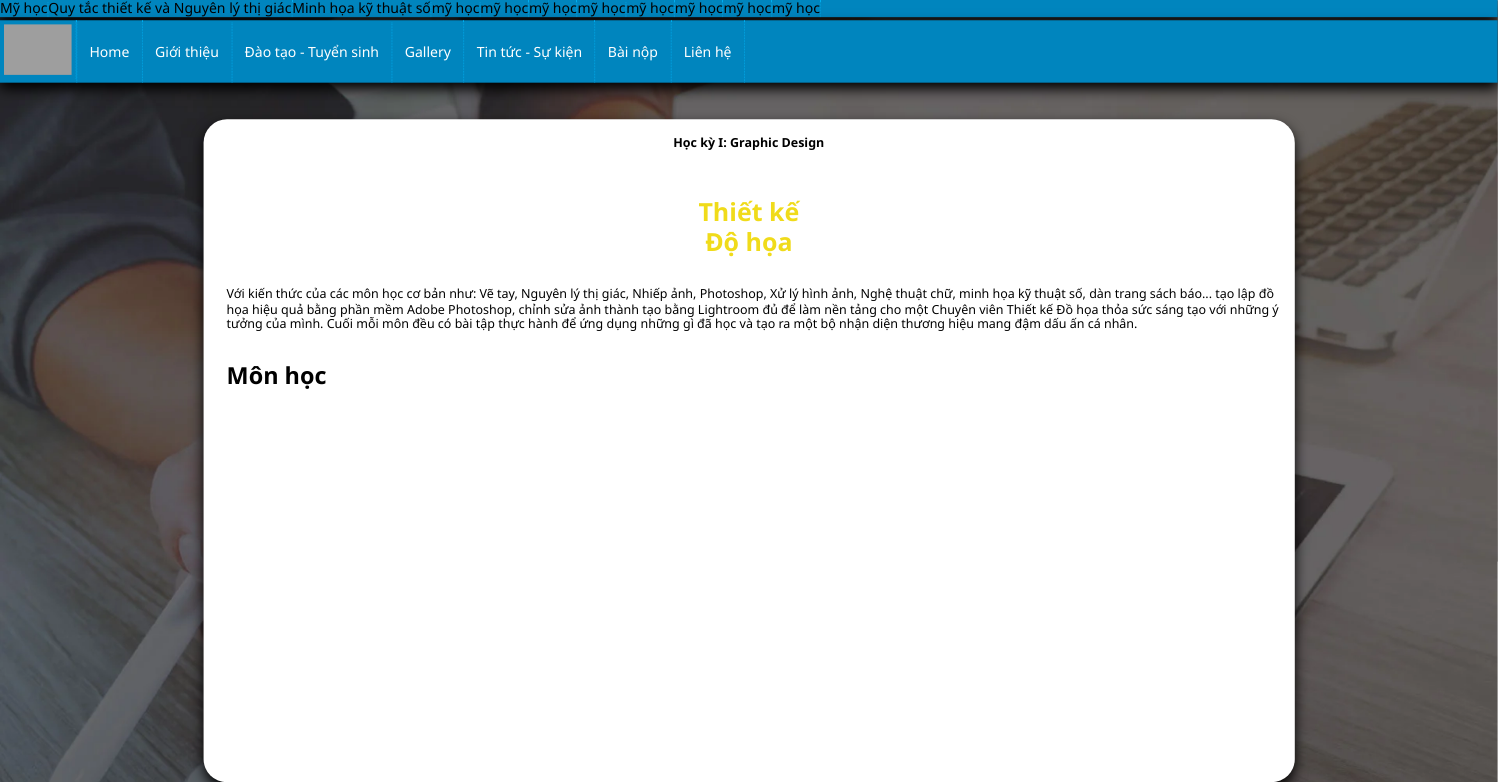
Repository: arena-dttan/dcw-final-exam-d2107m1
Page: final-list/DCW_Final_5_Nguyen-Thi-Thu-Huong_D2107M1/chuong-trinh-dao-tao.html
These files come from the project's save history. The page is drawn as it stood at one moment and after a run of saves; the edit follows.
The browser window is 1280 px wide. The page is 1920 px wide, so the pictures cover 1920 px, including what lies to the right of the window. The pictures show the whole page, at 78% of full size.
Pictures or frames that could not be fetched are drawn as grey boxes.

Above is the page before, as saved 2022-06-26 19:52:59.

After the next 2 saves:
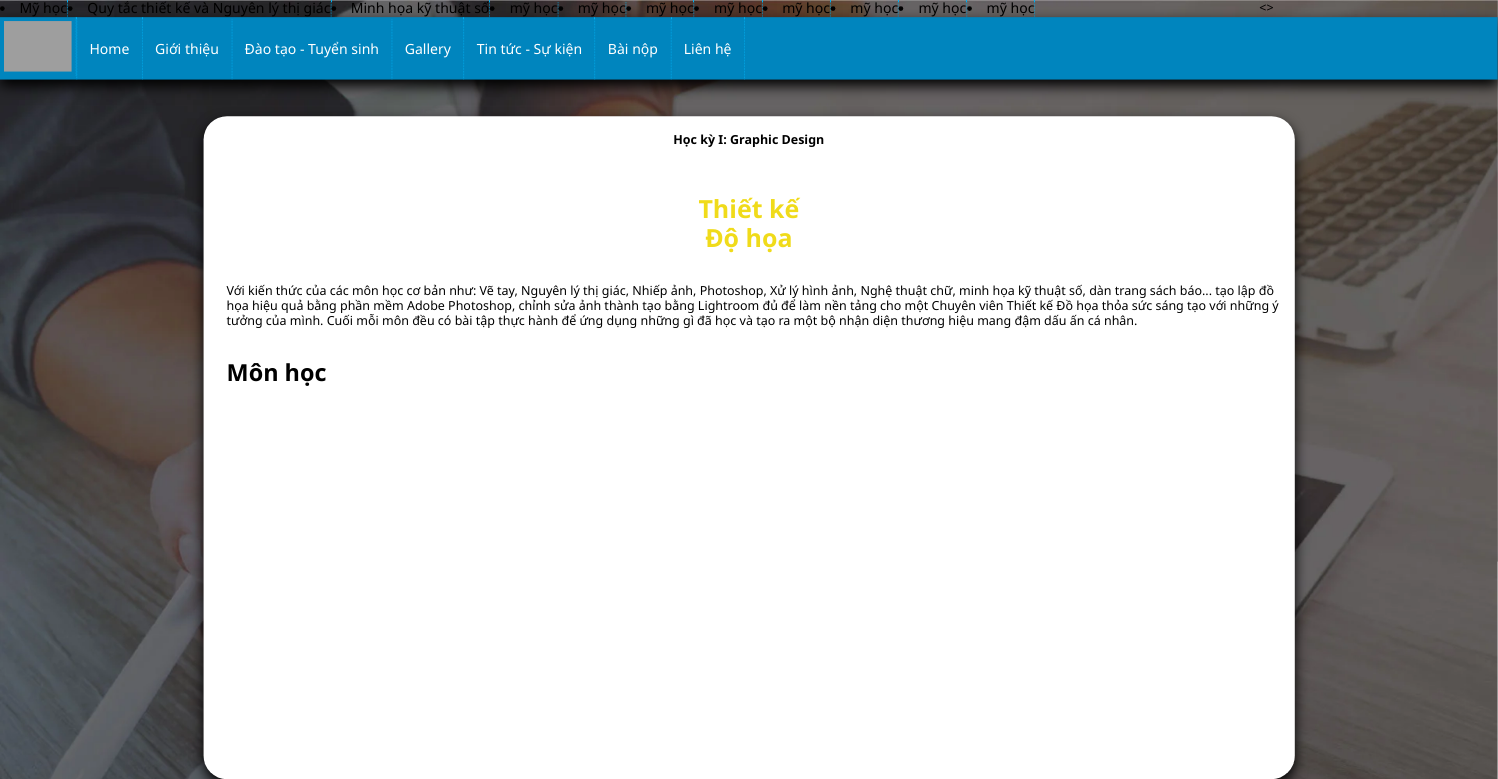
The 2 saves are shown as one change because they came seconds apart.
The last was saved 8 s later.
--- a/final-list/DCW_Final_5_Nguyen-Thi-Thu-Huong_D2107M1/chuong-trinh-dao-tao.html
+++ b/final-list/DCW_Final_5_Nguyen-Thi-Thu-Huong_D2107M1/chuong-trinh-dao-tao.html
@@ -31,7 +31,7 @@
 
 
     <div id="main-menu">
-        <ul>  <ul class="a b">
+        <>
             <li>Mỹ học</li>
             <li>Quy tắc thiết kế và Nguyên lý thị giác</li>
             <li>Minh họa kỹ thuật số</li>
@@ -43,7 +43,7 @@
             <li>mỹ học</li>
             <li>mỹ học</li>
             <li>mỹ học</li>
-           </ul></ul>
+           </ul>
         <ul class="menu">
             <li ><img style="height: 65px; margin: 5px;;" src="images/logo.webp" alt="logo"> </li>
             <li class="home">

After the save that followed:
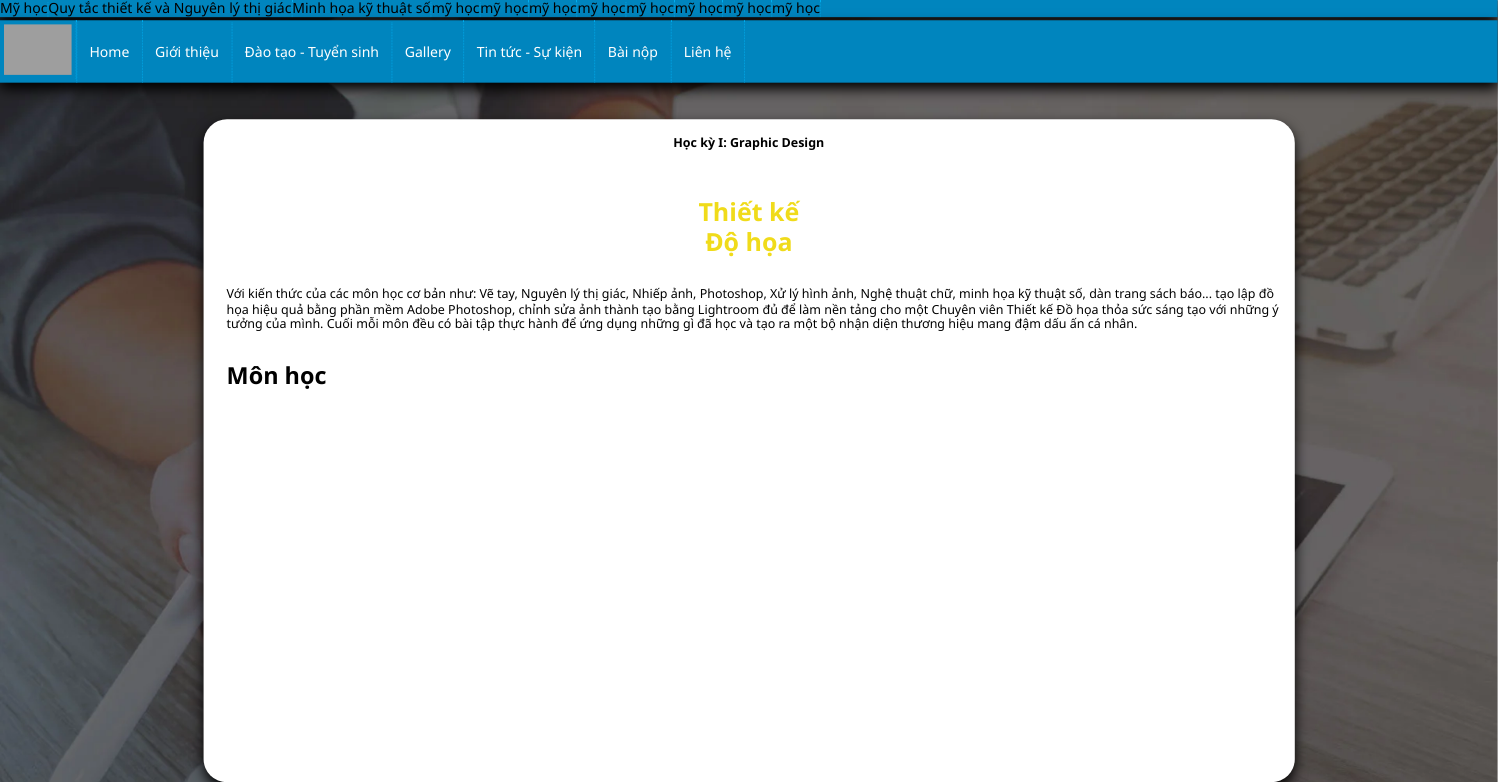
Saved 14 s later.
--- a/final-list/DCW_Final_5_Nguyen-Thi-Thu-Huong_D2107M1/chuong-trinh-dao-tao.html
+++ b/final-list/DCW_Final_5_Nguyen-Thi-Thu-Huong_D2107M1/chuong-trinh-dao-tao.html
@@ -31,7 +31,7 @@
 
 
     <div id="main-menu">
-        <>
+        <ul>
             <li>Mỹ học</li>
             <li>Quy tắc thiết kế và Nguyên lý thị giác</li>
             <li>Minh họa kỹ thuật số</li>
